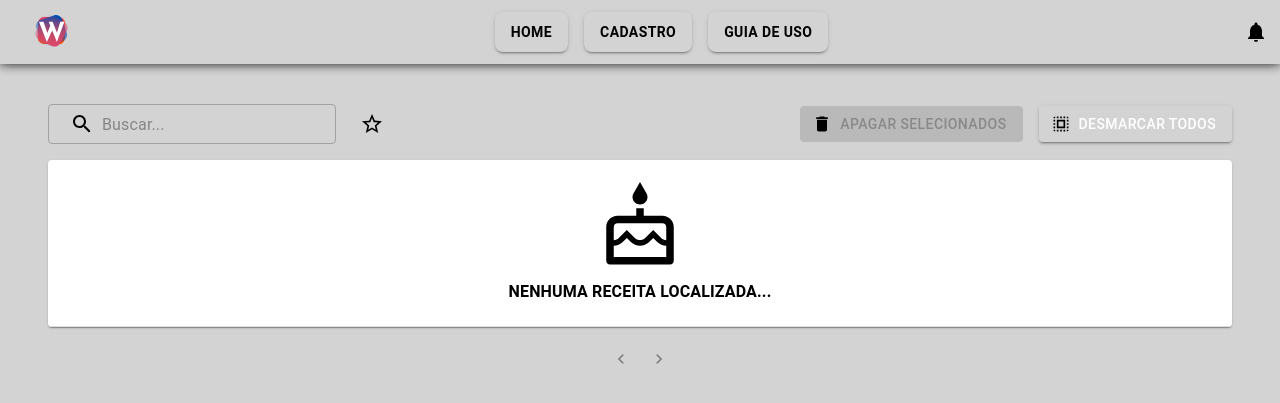
Repository: oZanella/projeto_windel_web_CRM
Page: /
These files come from the project's save history. The page is drawn as it stood at one moment and after the next save; the edit follows.
The browser window is 1280 px wide. The pictures show the whole page.
The page's requests for data from a server got no answer. The project was rebuilt for these pictures with package versions that can differ from the ones it lists, and the page was loaded fresh each time. No one was signed in, and anything a server would have sent is missing. Also part of the build but not shown: vite.config.js, src/components/ModalEdit.jsx, src/routes/Configuracoes.jsx. Imported but missing from the stored project, and not drawn on this page: src/routes/Cadastro.jsx.

Above is the page before, as saved 2024-08-26 09:10:13.

After the next save:
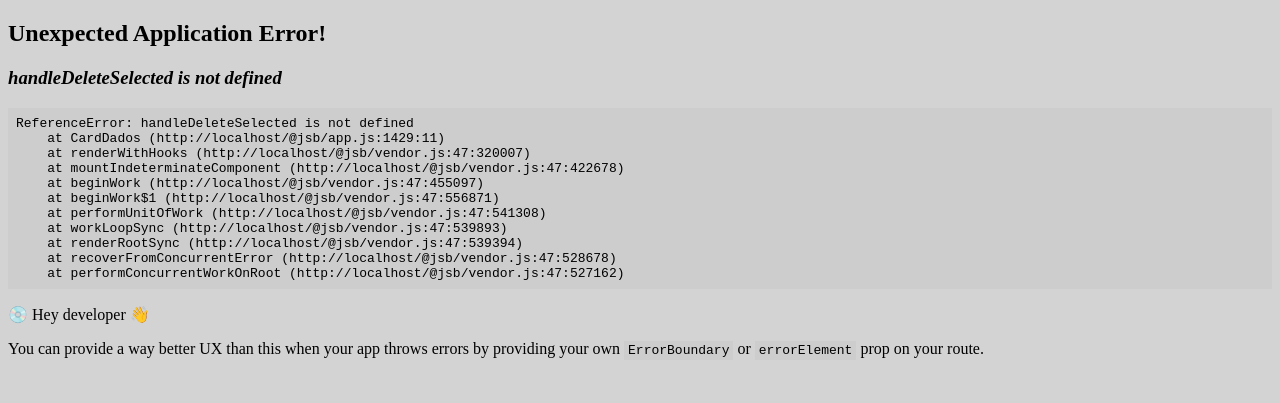
Console error: ReferenceError: handleDeleteSelected is not defined
Saved 78 s later.
--- a/src/components/TableHome.jsx
+++ b/src/components/TableHome.jsx
@@ -72,16 +72,6 @@
     }
   };
 
-  const handleDeleteSelected = async () => {
-    try {
-      await Promise.all(selectedPosts.map(id => axios.delete(`${API_BASE_URL}/posts/${id}`)));
-      const response = await axios.get(`${API_BASE_URL}/posts`);
-      setPosts(response.data);
-      setSelectedPosts([]);
-    } catch (error) {
-      console.error('Error ao apagar os registros:', error);
-    }
-  };
 
   const handleSelectPost = (id) => {
     setSelectedPosts(prevSelected =>

After the save that followed:
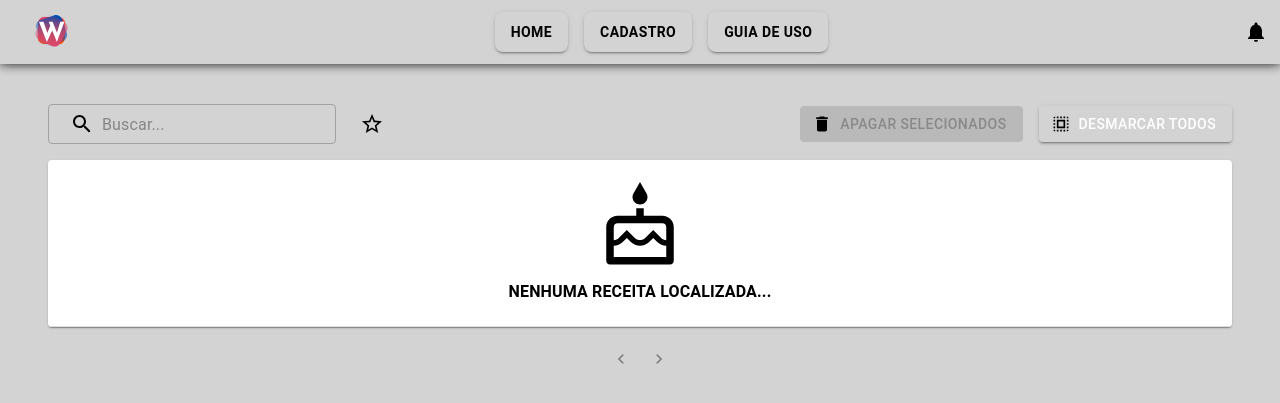
The error is gone.
Saved 6 s later.
--- a/src/components/TableHome.jsx
+++ b/src/components/TableHome.jsx
@@ -72,6 +72,16 @@
     }
   };
 
+  const handleDeleteSelected = async () => {
+    try {
+      await Promise.all(selectedPosts.map(id => axios.delete(`${API_BASE_URL}/posts/${id}`)));
+      const response = await axios.get(`${API_BASE_URL}/posts`);
+      setPosts(response.data);
+      setSelectedPosts([]);
+    } catch (error) {
+      console.error('Error ao apagar os registros:', error);
+    }
+  };
 
   const handleSelectPost = (id) => {
     setSelectedPosts(prevSelected =>
